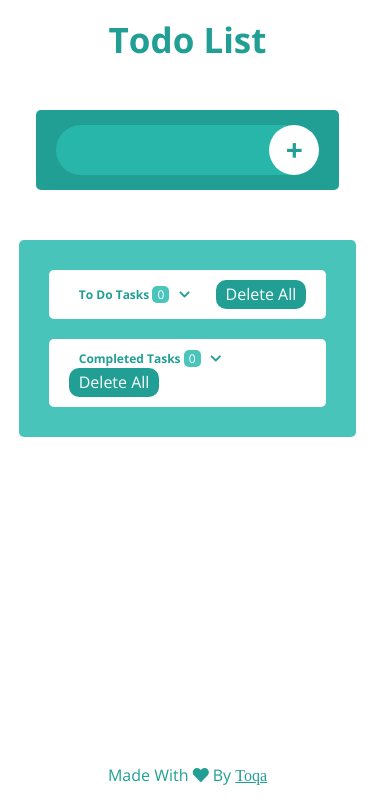
Repository: Toqa-25/todo-list
Page: index.html
An editor plug-in stored every save of this project. The page is shown before and after the next save, followed by the edit.
The browser window is 375 px wide. The pictures show the whole page.
Some web fonts or font styles are not loaded; a fallback is used.

Above is the page before, as saved 2022-02-07 16:34:56.

### index.html
<!DOCTYPE html>
<html lang="en">
<head>
    <meta charset="UTF-8">
    <meta http-equiv="X-UA-Compatible" content="IE=edge">
    <meta name="viewport" content="width=device-width, initial-scale=1.0">
     <!-- css fils -->
     <link rel="stylesheet" href="css/normalize.css">
     <link rel="stylesheet" href="css/all.min.css">
     <link rel="stylesheet" href="css/style.css">
     <!-- google fonts -->
     <link rel="preconnect" href="https://fonts.googleapis.com">
     <link rel="preconnect" href="https://fonts.gstatic.com" crossorigin>
     <link href="https://fonts.googleapis.com/css2?family=Open+Sans:wght@300;400;500;600;700;800&display=swap" rel="stylesheet">
     <link href="https://fonts.googleapis.com/css2?family=Pushster&amp;display=swap" rel="stylesheet">
     <!-- page title -->
    <title>ToDo List</title>
</head>
<body>
    <section class="todo-section container">
        <div class="todo-main-head ">
            <h2 class="todo-head">todo list</h2>
        </div>
        <div class="todo-input  ">
            <input type="text" name="" id="input-field">
            <span class="pluse" id="plus">+</span>
        </div>
        <div class="todo-group pad ">
        <div class="todo-list doing" id="todo-list-do">
             <div class="todo-list-header-group">
                 <h4 class="todo-list-head">to do tasks <span class="tasks-number"></span><i class="fas fa-chevron-down todo-chevron"></i></h4>
                <button class="btn delet-all-tasks">delete all</button>
            </div>
           <div class="todo-list-content todo">
           </div>
        </div>
        <div class="todo-list completed" id="todo-list-complete">
            <div class="todo-list-header-group">
                <h4 class="todo-list-head">completed tasks <span class="completed-tasks-number"></span><i class="fas fa-chevron-down complete-chevron"></i></h4>
                <button class="btn delet-all-completed-tasks">delete all</button>
            </div>
           <div class="todo-list-content complet">
           </div>
        </div>
        </div>
    </section>
    <div class="bottom-group">
             <p>made with <i class="fas fa-heart"></i> by <a class="developer link-none" href="https://toqa-25.github.io/portfolio/">toqa</a></p>
    </div>

    <script src="js/script.js"></script>
    <script src="https://unpkg.com/sweetalert/dist/sweetalert.min.js"></script>
</body>
</html>

### css/style.css
/* component style */
:root{
    --main-color:#219F94;
    --main-alt-color:#2bbbafda;
    --white-color:#fff;
    --text-color:#C1DEAE;
}
*{
     margin:0;
     padding:0;
     box-sizing: border-box;
}
html{
    scroll-behavior: smooth;
}
body{
    font-family: 'Open Sans', sans-serif;
    min-height: 100vh;
}
.container{
    width:90%;
    margin:0 auto;
}

.pad{
    padding: 30px 0;
}

/* element style */
section{
    display: flex;
    align-items: center;
    flex-direction: column;
    min-height: calc(100vh - 50px);
    gap:50px;

}
.todo-main-head {
    /* padding-top: 20px;
    margin-top: 20px; */
    margin: 20px auto 0;
}
.todo-head {
    color: var(--main-color);
    font-weight: bold;
    text-transform: capitalize;
    font-size: 35px;
    text-align: center;
}
.todo-input{
    background-color: var(--main-color);
    position: relative;
    border-radius: 5px;
    width: 600px;
    margin: 0 auto;
    padding: 15px 0;
}
@media(max-width:991px){
   .todo-input{
       width:90%;
   }
}
#input-field {
    width: calc(100% - 50px);
    margin: 0 20px;
    height: 50px;
    border: none;
    outline: none;
    background-color: var(--main-alt-color);
    color: #fff;
    padding:5px 20px;
    border-radius: 25px;
    -webkit-border-radius: 25px;
    -moz-border-radius: 25px;
    -ms-border-radius: 25px;
    -o-border-radius: 25px;
}
#input-field:focus{

}
.pluse {
    width: 50px;
    height: 50px;
    background-color: var(--white-color);
    border-radius: 50%;
    display: inline-block;
    padding: 21px;
    text-align: center;
    font-size: 30px;
    display: flex;
    justify-content: center;
    align-items: center;
    position: absolute;
    right: 20px;
    top: 50%;
    transform: translateY(-50%);
    color: var(--main-color);
    font-weight: bold;
    cursor: pointer;
}

.todo-group {
    background-color: var(--main-alt-color);
    /* margin-top: 30px; */
    padding: 30px;
    display: flex;
    justify-content: space-between;
    align-items: center;
    gap:20px;
    flex-direction: column;
    width:fit-content;
    border-radius: 5px;

}
.todo-list {
    background-color: var(--white-color);
    padding: 10px 20px;
    color: var(--main-color);
    flex:1;
    border-radius: 5px;
     width: 600px;
}
@media(max-width:767px){

    .todo-list {
        width:100%;
    }
}
.todo-list-content , .complet {
    padding:20px;
    display: none;
}
.todo-list-task-group {
    display: flex;
    justify-content: space-between;
    align-items: center;
    border: 1px solid var(--main-alt-color);
    padding: 5px;
    border-radius: 6px;
    margin-bottom: 10px;
}
.todo-list-task {
    padding: 5px 20px;
    display: flex;
    justify-content: space-between;
    align-items: center;
    position: relative;
    margin:10px 5px;
    width:80%;
}
.todo-list-task:before{
    content:"";
    position: absolute;
    top:0;
    left:0;
    height: 100%;
    background-color: var(--main-alt-color);
    width: 8px;
    border-radius: 0px 100px 100px 0px;
}
.btn {
    color: var(--white-color);
    width: fit-content;
    /* height: 27px; */
    padding: 5px 10px;
    background-color: var(--main-color);
    border: none;
    border-radius: 10px;
    cursor: pointer;
    text-transform: capitalize;
}
.todo-list-header-group {
    display: flex;
    justify-content: space-between;
    align-items: center;
    flex-wrap: wrap;
}
.todo-list-head {
    text-transform: capitalize;
    width: fit-content;
    /* margin: auto; */
    /* text-align: center; */
    padding: 3px 10px;
    font-size: 20px;
}
.todo-list-text {
    /* text-transform: capitalize; */
}
.completed-task{
    position: relative;
}
.todo-list-checked {
    width: 15px;
    height: 15px;
    border: 1px solid var(--main-color);
    border-radius: 3px;
    display: flex;
    justify-content: center;
    align-items: center;
}
.completed-task:after{
    content: "";
    width: 90%;
    height: 2px;
    border-radius: 2px;
    position: absolute;
    top: 50%;
    left: 50%;
    transform: translate(-50%, -50%);
    background-color: var(--main-color);
}
.todo-list-checked i {
    font-size: 15px;
    margin-left: 3px;
    margin-bottom: 0px;
}
.completed-tasks-number,.tasks-number {
    padding: 0px 5px;
    background-color: var(--main-alt-color);
    color: #fff;
    border-radius: 5px;
    font-weight: normal;
}
i.fas.fa-chevron-down {
    margin-left: 10px;
}
.bottom-group{
color:var(--main-color);
text-align: center;
margin: 16px auto;
}
.bottom-group p{
    text-transform:capitalize;
}
.bottom-group p a{
    font-family: 'Pushster', cursive;
     color:var(--main-color);
}
.show{
    display:block;
}
.sign-login-group {
    width: fit-content;
    display: flex;
    justify-content: space-between;
    align-content: center;
    flex-direction: column;
    gap: 30px;
    margin-top: 100px;
}
.todo-input-group {
    min-width: 300px;
    display: flex;
    justify-content: space-between;
    align-content: center;
    flex-wrap: wrap;
    gap: 30px;
}
.todo-input-group label {
    text-transform: capitalize;
    color: var(--main-color);
    font-weight: bold;
}
.todo-input-group input {
    padding: 5px 10px;
    border-radius: 7px;
    border-color: var(--main-color);
    outline: none;
    color: var(--main-color);

}
.buttons-group {
    display: flex;
    justify-content: center;
    width: fit-content;
    align-items: center;
    gap: 10px;
    margin: 0 auto;
}
.buttons-group span{
    text-transform: uppercase;
    font-weight: bold;
    color: var(--main-color);
}
.sign-login-group .btn  {
    margin: auto;
    color: #fff;
    font-size: 18px;
}
.sign-login-group .buttons-group a {
  font-size: 20px;
    color: var(--main-color);
}

@media (max-width:375px){
    .todo-list-head {
    font-size: 12px;
}

.
}

### js/script.js

// const variables
let inputTask = document.getElementById("input-field"),
    plusButton = document.getElementById("plus"),
    toDoContent = document.querySelector(".todo"),
    completeContent = document.querySelector(".complet"),
    taskText = document.querySelector(".todo-list-text"),
    numberOfTasks = document.querySelector(".tasks-number"),
    numberOfCompletedTasks = document.querySelector(".completed-tasks-number"),
    todoChevron = document.querySelector(".todo-chevron"),
    completeChevron = document.querySelector(".complete-chevron"),
    deleteAllTasks = document.querySelector(".delet-all-tasks"),
    deleteAllCompletedTasks = document.querySelector(".delet-all-completed-tasks");

// var variables
var checkedSpan = [...document.querySelectorAll(".todo-list-checked")];
var checkedClasses = [...document.querySelectorAll(".checked")];
var buttonSgroup = [...document.querySelectorAll(".delete")];
let todoList = JSON.parse(localStorage.getItem("tasks"))
  ? JSON.parse(localStorage.getItem("tasks"))
  : [];
let completeList = JSON.parse(localStorage.getItem("completedTasks"))
  ? JSON.parse(localStorage.getItem("completedTasks"))
  : [];
/********************************************************** */
if ( todoList.length >= 1) {
    numberOfTasks.innerHTML = todoList.length;
}
else{
    numberOfTasks.innerHTML = 0;
}

if (completeList && completeList.length >= 1) {
  numberOfCompletedTasks.innerHTML = completeList.length;
} else {
  numberOfCompletedTasks.innerHTML = 0;
}
/********************************************************** */
window.onload = function () {
    inputTask.focus()
}
plusButton.onclick = addTask;
inputTask.addEventListener("keyup", function (event) {
  // Number 13 is the "Enter" key on the keyboard
  if (event.keyCode === 13) {
    addTask();
  }
});
/************************************* */
// 1- add task
function addTask() {
  if (inputTask.value != null && inputTask.value != "") {
      if (todoList.includes(inputTask.value.trim())) {
          swal("This Task is  Already Exists.");
      }
          toDoContent.innerHTML += `  <div class="todo-list-task-group">
                                        <div class="todo-list-task doing-task">
                                            <p class="todo-list-text">${inputTask.value.trim()}</p>
                                            <span id="todo-list-doing" class="todo-list-checked"></span>
                                        </div>
                                        <button class="btn delete">delete</button>
                                    </div>`;
          todoList = [...todoList, inputTask.value.trim()];
          localStorage.setItem("tasks", JSON.stringify(todoList));
          inputTask.value = "";
          currentTasks(toDoContent, todoList);
          checkedSpan = [];
          checkedSpan = [...document.querySelectorAll(".todo-list-checked")];
          checkedTask(checkedSpan);
          buttonSgroup = [];
          buttonSgroup = [...document.querySelectorAll(".delete")];
          deleteUneededTask(buttonSgroup);
          numberOfTasks.innerHTML.innerHTML++;
          inputTask.focus();

  }
  else {
      swal("Enter Your Task");
  }
}

// 2- drow new tasks
function currentTasks(plceContent, tasksArray) {
  plceContent.innerHTML = "";
  for (i = 0; i < tasksArray.length; i++) {
    plceContent.innerHTML += `<div class="todo-list-task-group">
                <div class="todo-list-task doing-task">
                <p class="todo-list-text">${tasksArray[i]}</p>
                <span id="todo-list-doing" class="todo-list-checked"></span>
                </div>
                <button class="btn delete">delete</button>
                </div>`;
  }
  checkedSpan = [];
  checkedSpan = [...document.querySelectorAll(".todo-list-checked")];
  checkedTask(checkedSpan);
//   console.log("current", checkedSpan);
  buttonSgroup = [];
  buttonSgroup = [...document.querySelectorAll(".delete")];
    deleteUneededTask(buttonSgroup);
       numberOfTasks.innerHTML = "";
       numberOfTasks.innerHTML = todoList.length;
}
currentTasks(toDoContent, todoList);

// 3- drow new tasks
function currentCheckedTasks(plceContent, tasksArray) {
  plceContent.innerHTML = "";
  for (i = 0; i < tasksArray.length; i++) {
    plceContent.innerHTML += `<div class="todo-list-task-group ">
                <div class="todo-list-task doing-task completed-task">
                <p class="todo-list-text">${tasksArray[i]}</p>
                <span id="todo-list-doing" class="todo-list-checked checked"><i class="fas fa-check"></i></span>
                </div>
                <button class="btn delete">delete</button>
                </div>`;
  }
  checkedClasses = [];
  checkedClasses = [...document.querySelectorAll(".checked")];
  unCheckedTask(checkedClasses);
  buttonSgroup = [];
  buttonSgroup = [...document.querySelectorAll(".delete")];
    deleteUneededTask(buttonSgroup);
        numberOfCompletedTasks.innerHTML = "";
        numberOfCompletedTasks.innerHTML = completeList.length;
}
currentCheckedTasks(completeContent, completeList);

// 4- drow completed tasks

function checkedTask(checkBoxs) {
  checkBoxs.forEach((checkBox) => {
    checkBox.onclick = function addChecked(checkBox) {
      deleteTask(checkBox.currentTarget);
      transformTask(checkBox.currentTarget);
    };
  });
}
checkedTask(checkedSpan);

//5- drow uncompleted Tasks
function unCheckedTask(checkBoxs) {
  checkBoxs.forEach((checkBox) => {
    checkBox.onclick = function addChecked(checkBox) {
      deleteTask(checkBox.currentTarget);
        transformTask(checkBox.currentTarget);
    };
  });
}
unCheckedTask(checkedClasses);

// 6- delete tasks
/************************************* */
function deleteTask(current) {
  let currentParent = current.parentElement,
    element = currentParent.parentElement,
    elementFirstParent = element.firstElementChild,
    elementText = elementFirstParent.firstElementChild.innerHTML;
    if (elementFirstParent.classList.contains("completed-task")) {
        completeList.splice(completeList.indexOf(elementText), 1);
        localStorage.setItem("completedTasks", JSON.stringify(completeList));
        numberOfCompletedTasks.innerHTML = ""
        numberOfCompletedTasks.innerHTML = completeList.length

} else {
    todoList.splice(todoList.indexOf(elementText), 1);
    localStorage.setItem("tasks", JSON.stringify(todoList));
    numberOfTasks.innerHTML = ""
    numberOfTasks.innerHTML = todoList.length
}
element.remove();
console.log(element);
console.log(elementText);
}

function transformTask(current) {
  let currentParent = current.parentElement,
    element = currentParent.parentElement,
    elementFirstParent = element.firstElementChild,
    elementText = elementFirstParent.firstElementChild.innerHTML;
  if (elementFirstParent.classList.contains("completed-task")) {
    todoList = [...todoList, elementText];
    localStorage.setItem("tasks", JSON.stringify(todoList));
    currentTasks(toDoContent, todoList);
  } else {
    // completeList.push(elementText);
        completeList = [...completeList, elementText];
    localStorage.setItem("completedTasks", JSON.stringify(completeList));
    currentCheckedTasks(completeContent, completeList);
  }
}

function deleteUneededTask(checkBoxs) {
  checkBoxs.forEach((checkBox) => {
    checkBox.onclick = function addChecked(checkBox) {
      let element = checkBox.currentTarget.parentElement,
        elementFirstParent = element.firstElementChild,
        elementText = elementFirstParent.firstElementChild.innerHTML;

      element.remove();
      if (elementFirstParent.classList.contains("completed-task")) {
        completeList.splice(completeList.indexOf(elementText), 1);
          localStorage.setItem("completedTasks", JSON.stringify(completeList));
              numberOfCompletedTasks.innerHTML = "";
              numberOfCompletedTasks.innerHTML = completeList.length;
      } else {
        todoList.splice(todoList.indexOf(elementText), 1);
        localStorage.setItem("tasks", JSON.stringify(todoList));
           numberOfTasks.innerHTML = "";
           numberOfTasks.innerHTML = todoList.length;
      }
      console.log(elementText);
      console.log(elementFirstParent);
      console.log(element);
    };
  });
}
deleteUneededTask(buttonSgroup);


todoChevron.onclick = function (){
    toDoContent.classList.toggle("show")
}
completeChevron.onclick = function () {
  completeContent.classList.toggle("show")
};

deleteAllTasks.onclick = function () {
    toDoContent.innerHTML = ""
    todoList = [];
    localStorage.setItem("tasks", JSON.stringify(todoList));
    currentTasks(toDoContent, todoList);
}
deleteAllCompletedTasks.onclick = function () {
  toDoContent.innerHTML = "";
  completeList = [];
  localStorage.setItem("completedTasks", JSON.stringify(completeList));
  currentCheckedTasks(completeContent, completeList);
};

Loaded but not shown: css/normalize.css (library); css/all.min.css (library)

After the next save:
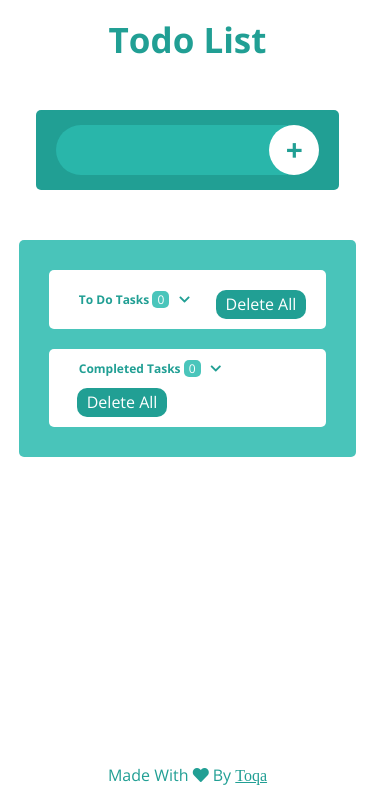
Saved 5 s later.
--- a/css/style.css
+++ b/css/style.css
@@ -297,5 +297,8 @@ margin: 16px auto;
     font-size: 12px;
 }
 
-.
-}
+.btn{
+        margin-left: 8px;
+    margin-top: 10px;
+}
+}
